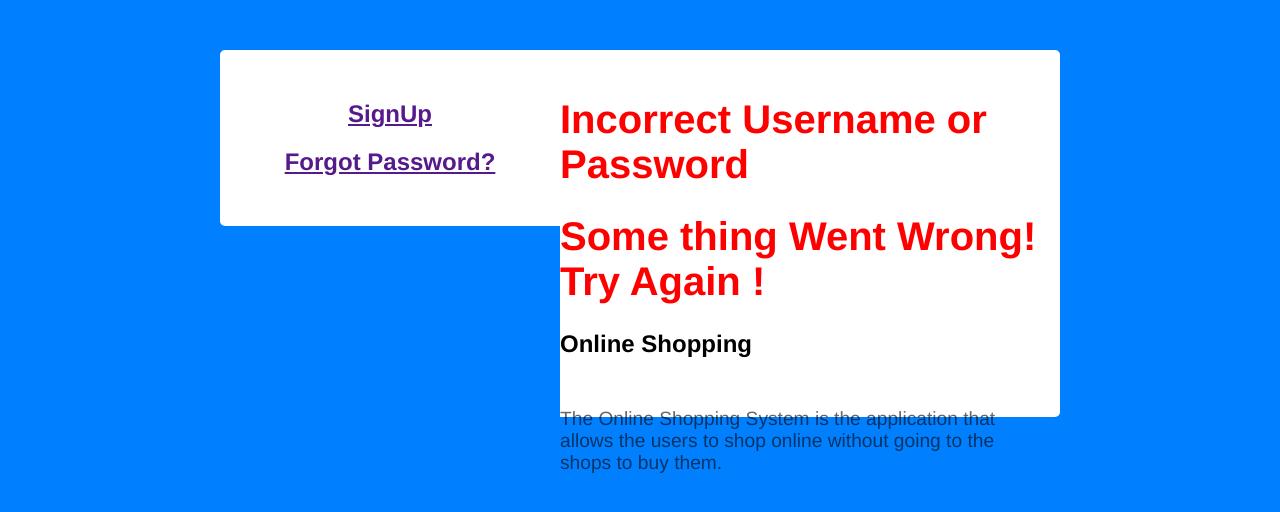
Repository: RajanKr004/E-commerce-Website-for-Sporty-Shoes-
Page: http://localhost/Phase_3_Ecommerce_website/login.jsp
The author's editor kept a copy of each file at every save. The page is drawn from the files as they stood at one save, then again after the next save.
The browser window is 1280 px wide. The pictures show the whole page.
The page is served by Tomcat 9. Other server files are loaded and not shown.

Above is the page before, as saved 2022-02-09 06:33:25.

### Phase 3 Ecommerce website/src/main/webapp/login.jsp

<!DOCTYPE html>
<html>
<head>
<link rel="stylesheet" href="css/signup-style.css">
<title>Login</title>
</head>
<body>
<div id='container'>
  <div class='signup'>

      <h2><a href="">SignUp</a></h2>
       <h2><a href="">Forgot Password?</a></h2>
  </div>
  <div class='whysignLogin'>
  <h1>Incorrect Username or Password</h1>

<h1>Some thing Went Wrong! Try Again !</h1>

    <h2>Online Shopping</h2>
    <p>The Online Shopping System is the application that allows the users to shop online without going to the shops to buy them.</p>
  </div>
</div>

</body>
</html>

Loaded but not shown: Phase 3 Ecommerce website/src/main/webapp/css/signup-style.css (common file)

After the next save:
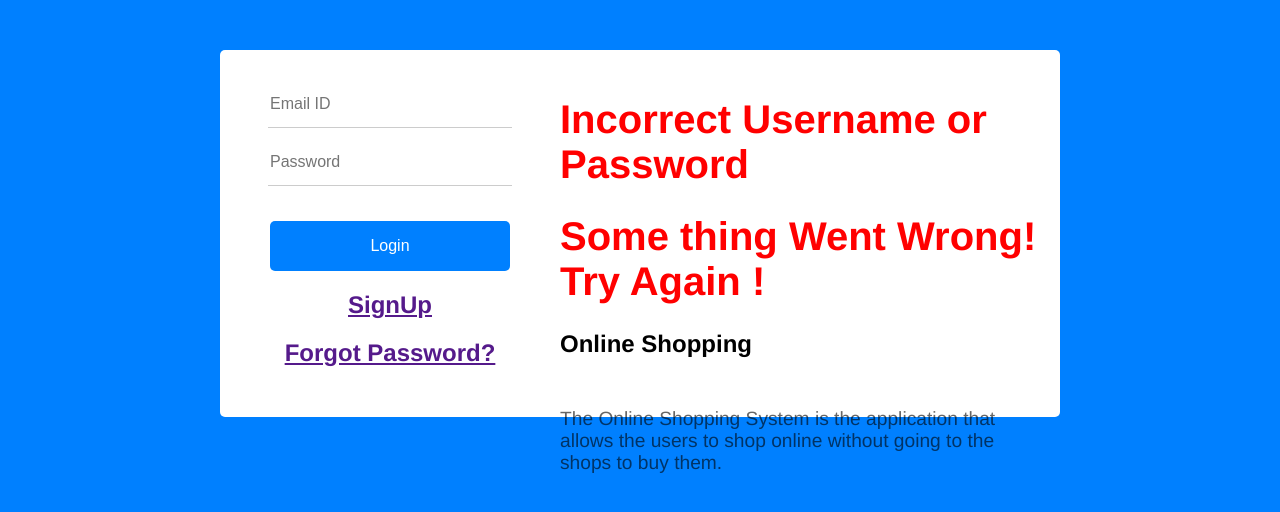
Saved 3 min 51 s later.
--- a/Phase 3 Ecommerce website/src/main/webapp/login.jsp
+++ b/Phase 3 Ecommerce website/src/main/webapp/login.jsp
@@ -6,21 +6,30 @@
 <title>Login</title>
 </head>
 <body>
-<div id='container'>
-  <div class='signup'>
+	<div id='container'>
+		<div class='signup'>
+			<form action="" method="post">
+				<input type="text" name="email" placeholder="Email ID"> <input
+					type="password" name="password" placeholder="Password"> <input
+					type="submit" value="Login">
+			</form>
+			<h2>
+				<a href="">SignUp</a>
+			</h2>
+			<h2>
+				<a href="">Forgot Password?</a>
+			</h2>
+		</div>
+		<div class='whysignLogin'>
+			<h1>Incorrect Username or Password</h1>
 
-      <h2><a href="">SignUp</a></h2>
-       <h2><a href="">Forgot Password?</a></h2>
-  </div>
-  <div class='whysignLogin'>
-  <h1>Incorrect Username or Password</h1>
+			<h1>Some thing Went Wrong! Try Again !</h1>
 
-<h1>Some thing Went Wrong! Try Again !</h1>
-
-    <h2>Online Shopping</h2>
-    <p>The Online Shopping System is the application that allows the users to shop online without going to the shops to buy them.</p>
-  </div>
-</div>
+			<h2>Online Shopping</h2>
+			<p>The Online Shopping System is the application that allows the
+				users to shop online without going to the shops to buy them.</p>
+		</div>
+	</div>
 
 </body>
 </html>
